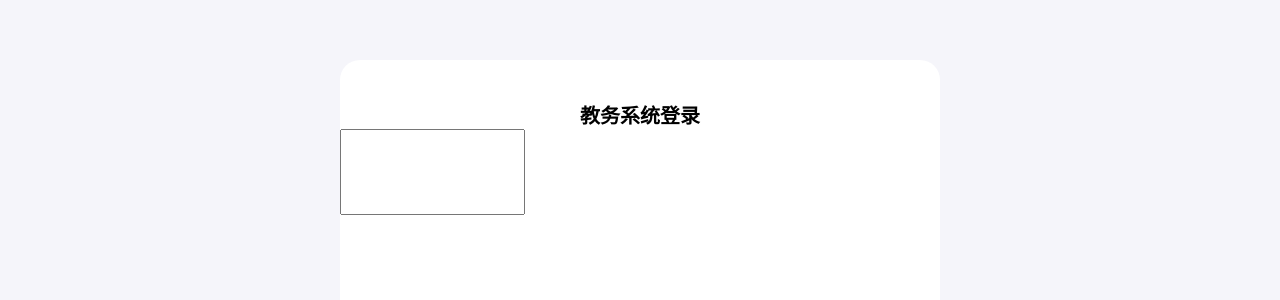
Repository: yangziteng/System
Page: / (app in myreact/)
These files come from the project's save history. The page is drawn as it stood at one moment and after the next save; the edit follows.
The browser window is 1280 px wide. The pictures show the whole page.
The project was rebuilt for these pictures with package versions that can differ from the ones it lists, and the page was loaded fresh each time. Also part of the build but not shown: myreact/vite.config.js, myreact/src/App.css, myreact/src/App.jsx, myreact/src/log.jsx.

Above is the page before, as saved 2022-07-08 12:03:42.

After the next save:
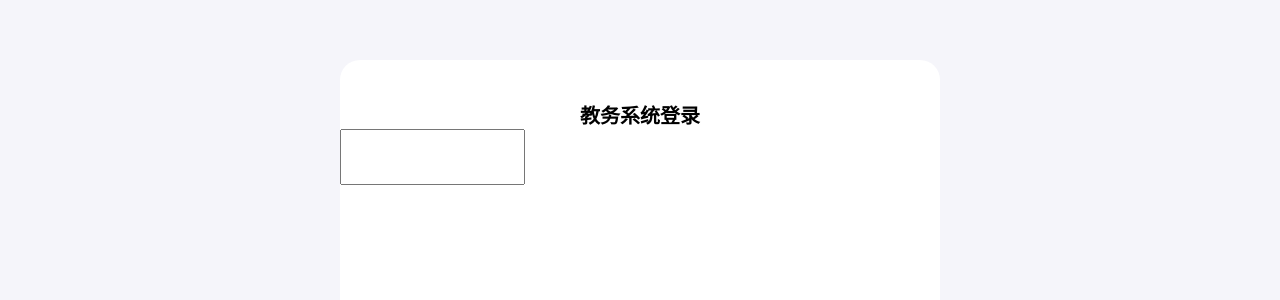
Saved 4 s later.
--- a/myreact/src/pages/Login/Login.css
+++ b/myreact/src/pages/Login/Login.css
@@ -24,5 +24,5 @@
     align-items: center;
 }
 .model-body-input{
-    height: 80px;
+    height: 50px;
 }
